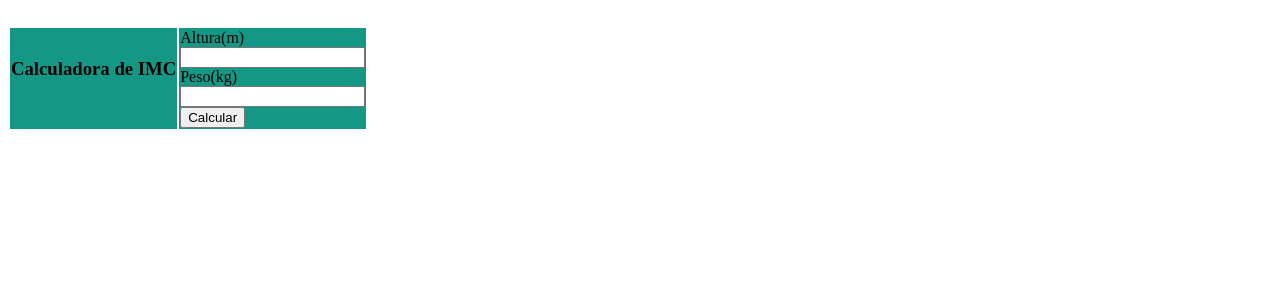
Repository: Patriciamativi/Projetos
Page: index.html
An editor plug-in stored every save of this project. The page is shown before and after the next save, followed by the edit.
The browser window is 1280 px wide. The pictures show the whole page.

Above is the page before, as saved 2022-11-21 14:32:17.

After the next save:
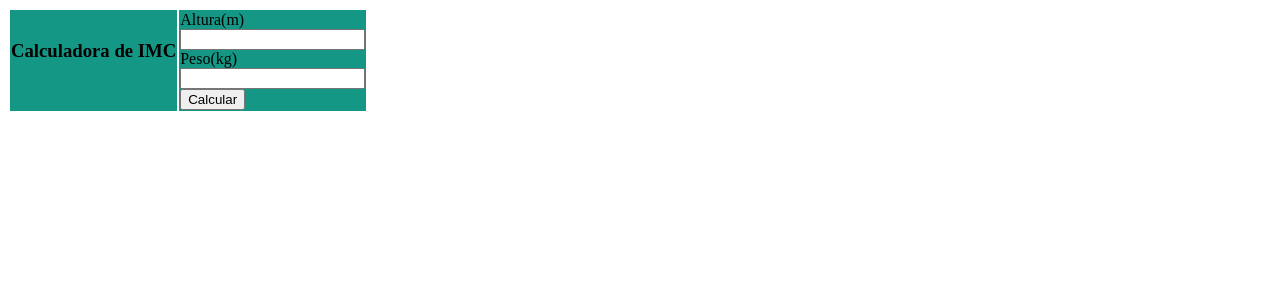
Saved 7 s later.
--- a/index.html
+++ b/index.html
@@ -16,7 +16,7 @@
 <table border="0">
     <body>
 
-            <th><h3>Calculadora de IMC</h3></th></br>
+            <th><h3>Calculadora de IMC</h3></th>
             <td>Altura(m)<br/>
             <input type: "number" > </br>
             Peso(kg)<br/>
